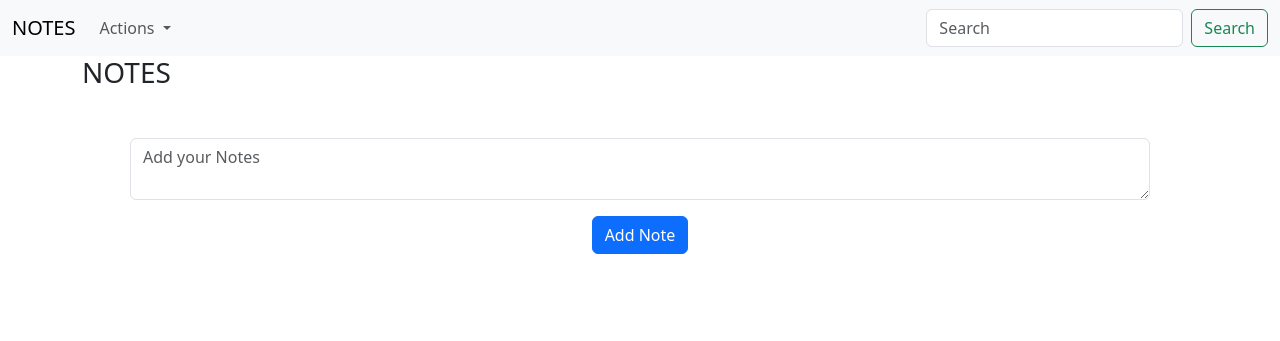
Repository: Qu4ntumGuy/flask-notes
Page: http://localhost/
These files come from the project's save history. The page is drawn as it stood at one moment and after the next save; the edit follows.
The browser window is 1280 px wide. The pictures show the whole page.
The page is served by the project's application, run on Flask 3 (website/__init__.py). The user the application loads for id 1 is signed in. The page reads the database file committed with the project.

Above is the page before, as saved 2024-05-30 22:28:21.

After the next save:
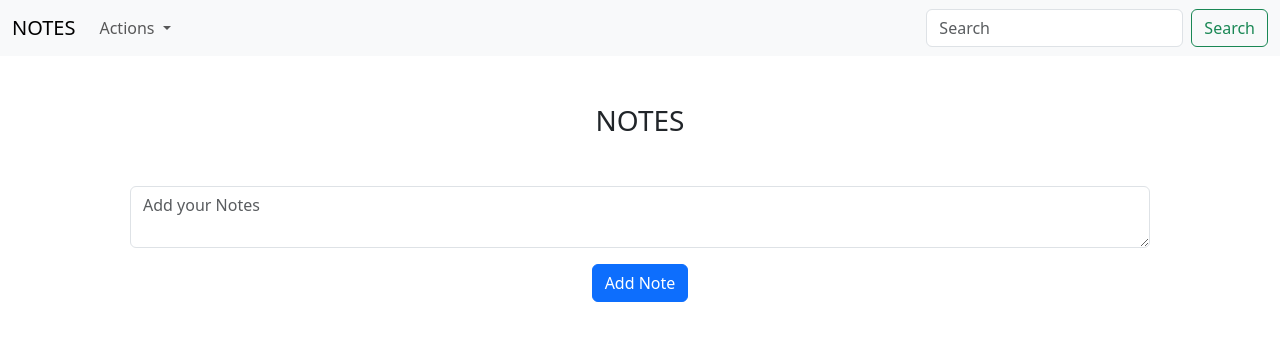
Saved 17 s later.
--- a/website/templates/home.html
+++ b/website/templates/home.html
@@ -1,7 +1,7 @@
 {%extends "index.html" %} {% block title %}  {{title}} {% endblock %}
 
 {% block content %}
-<div align="center mt-5">
+<div align="center" class="mt-5">
     <h3>NOTES</h3>
 </div>
 <form method="post" class="m-5">
